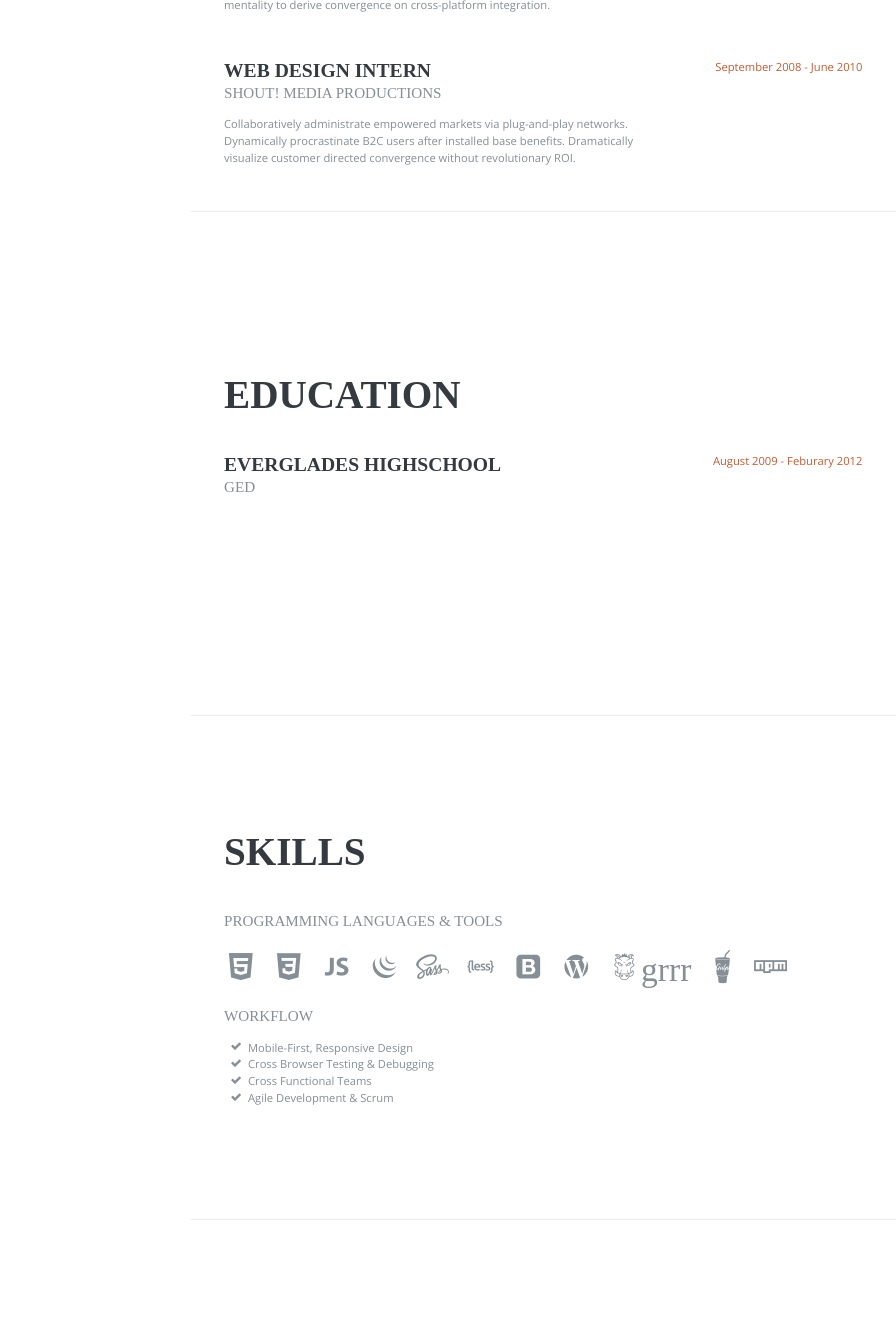
Repository: Juliolikescoding/Portfolio
Page: index.html
An editor plug-in stored every save of this project. The page is shown before and after the next save, followed by the edit.
The browser window is 1280 px wide. The pictures show the part of the page from y = 1526 to 3446 px (the page is 4708 px tall), at 70% of full size.
Some web fonts or font styles are not loaded; a fallback is used.

Above is the page before, as saved 2018-05-16 11:39:22.

After the next save:
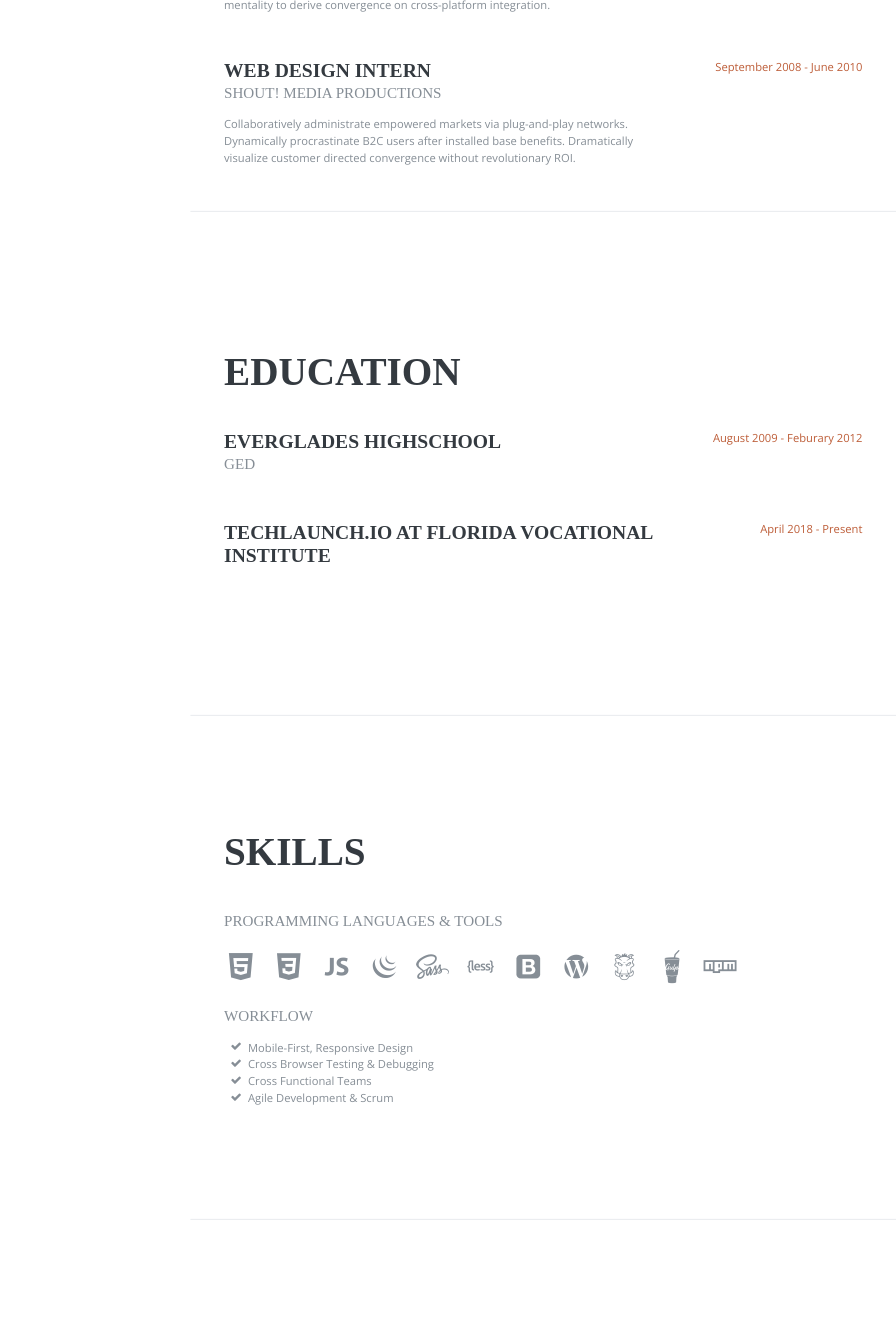
Saved 9 min 48 s later.
--- a/index.html
+++ b/index.html
@@ -179,12 +179,12 @@
 
           <div class="resume-item d-flex flex-column flex-md-row">
             <div class="resume-content mr-auto">
-              <h3 class="mb-0"></h3>
+              <h3 class="mb-0">Techlaunch.io at Florida Vocational Institute</h3>
               <div class="subheading mb-3"></div>
               <!-- <p>gpa</p> -->
             </div>
             <div class="resume-date text-md-right">
-              <span class="text-primary"></span>
+              <span class="text-primary">April 2018 - Present</span>
             </div>
           </div>
 
@@ -222,7 +222,7 @@
               <i class="devicons devicons-wordpress"></i>
             </li>
             <li class="list-inline-item">
-              <i class="devicons devicons-grunt">grrr</i>
+              <i class="devicons devicons-grunt"></i>
             </li>
             <li class="list-inline-item">
               <i class="devicons devicons-gulp"></i>
